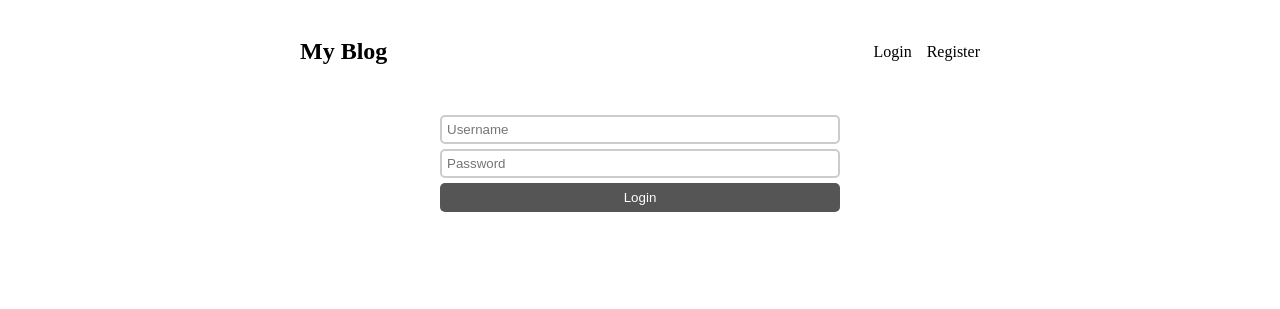
Repository: AtenaHatta/blog-app
Page: /login (app in client/vite-project/)
The author's editor kept a copy of each file at every save. The page is drawn from the files as they stood at one save, then again after the next save.
The browser window is 1280 px wide. The pictures show the whole page.
The project was rebuilt for these pictures with package versions that can differ from the ones it lists, and the page was loaded fresh each time. Also part of the build but not shown: client/vite-project/src/Post.jsx, client/vite-project/src/pages/IndexPage.jsx, client/vite-project/src/pages/RegisterPage.jsx, client/vite-project/src/index.css.

Above is the page before, as saved 2023-05-23 23:04:33.

After the next save:
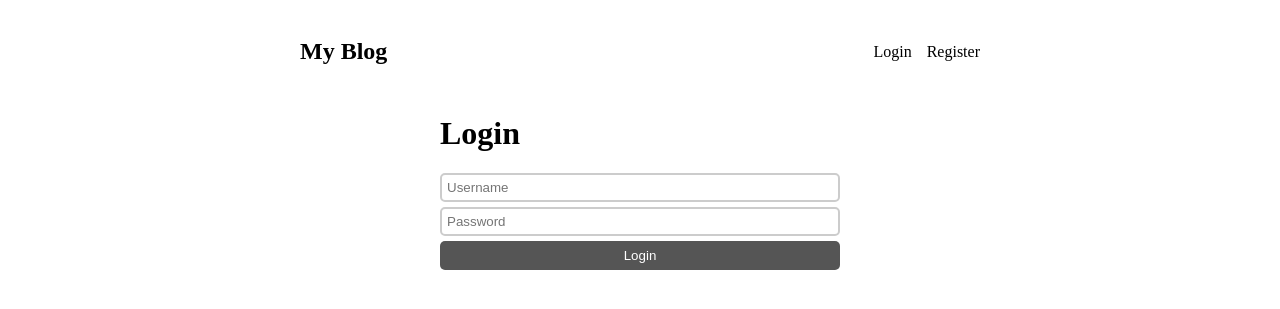
Saved 36 s later.
--- a/client/vite-project/src/pages/LoginPage.jsx
+++ b/client/vite-project/src/pages/LoginPage.jsx
@@ -2,6 +2,7 @@ export default function LoginPage() {
     return(
         <div>
             <form className='login'>
+            <h1>Login</h1>
                 <input type="text" placeholder="Username" />
                 <input type="password" placeholder="Password" />
                 <button>Login</button>
